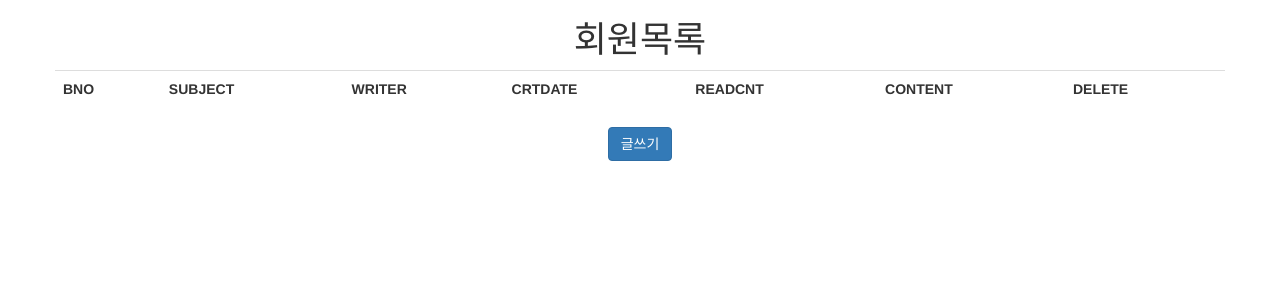
Repository: juhee1020/studying
Page: http://localhost/jsp_board/boardlist.jsp
These files come from the project's save history. The page is drawn as it stood at one moment and after the next save; the edit follows.
The browser window is 1280 px wide. The pictures show the whole page.
The page is served by Tomcat 9. Queries for data that is not in the repository find no rows.

Above is the page before, as saved 2022-12-15 08:48:10.

After the next save:
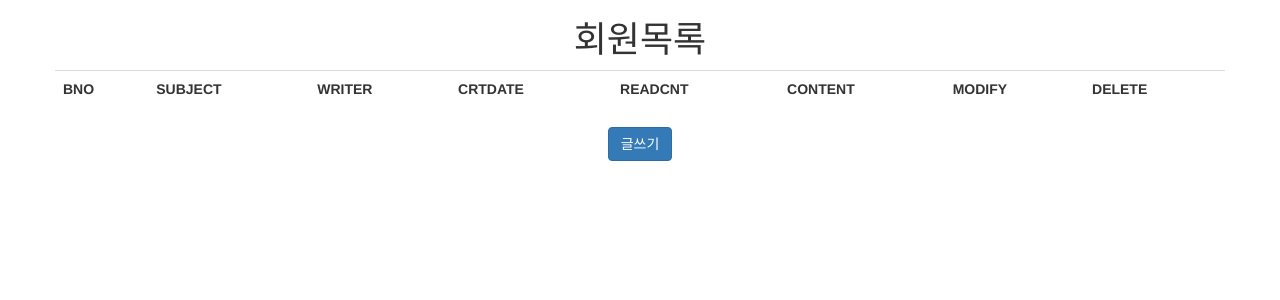
Saved 3 min 2 s later.
--- a/JSP/jsp_board/WebContent/boardlist.jsp
+++ b/JSP/jsp_board/WebContent/boardlist.jsp
@@ -28,6 +28,7 @@
 					<th>CRTDATE</th>
 					<th>READCNT</th>
 					<th>CONTENT</th>
+					<th>MODIFY</th>
 					<th>DELETE</th>
 				</tr>
 				<%
@@ -55,7 +56,8 @@
 							<td><%= crtdate %></td>
 							<td><%= readcnt %></td>
 							<td><%= content %></td>
-							<td><a href="jsp04_deleteForm.jsp?id=<%=bno%>" class="btn btn-danger">DELETE</a></td>
+							<td><a href="modyfyForm.jsp?id=<%=bno%>" class="btn btn-primary">MODIFY</a></td>
+							<td><a href="deleteForm.jsp?id=<%=bno%>" class="btn btn-danger">DELETE</a></td>
 						</tr>
 					<%
 						}
